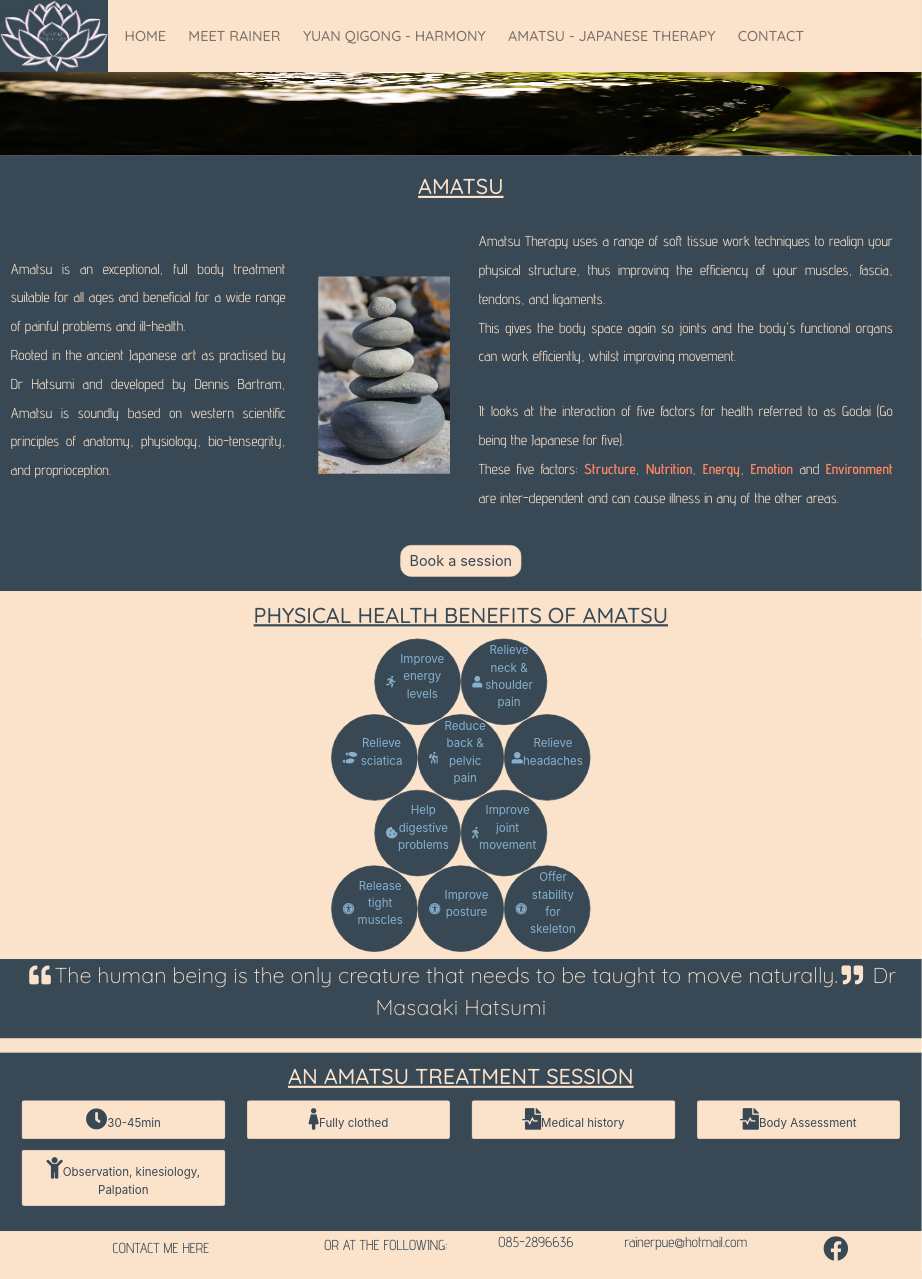
Repository: rainerpue/practitioner_website
Page: amatsu.html
The author's editor kept a record of every edit. The page is drawn from the files as they stood at one moment, then again after the next edit.
The browser window is 1280 px wide. The pictures show the whole page, at 72% of full size.
Some web libraries are served in a nearby version.

Above is the page before.

After the next edit:
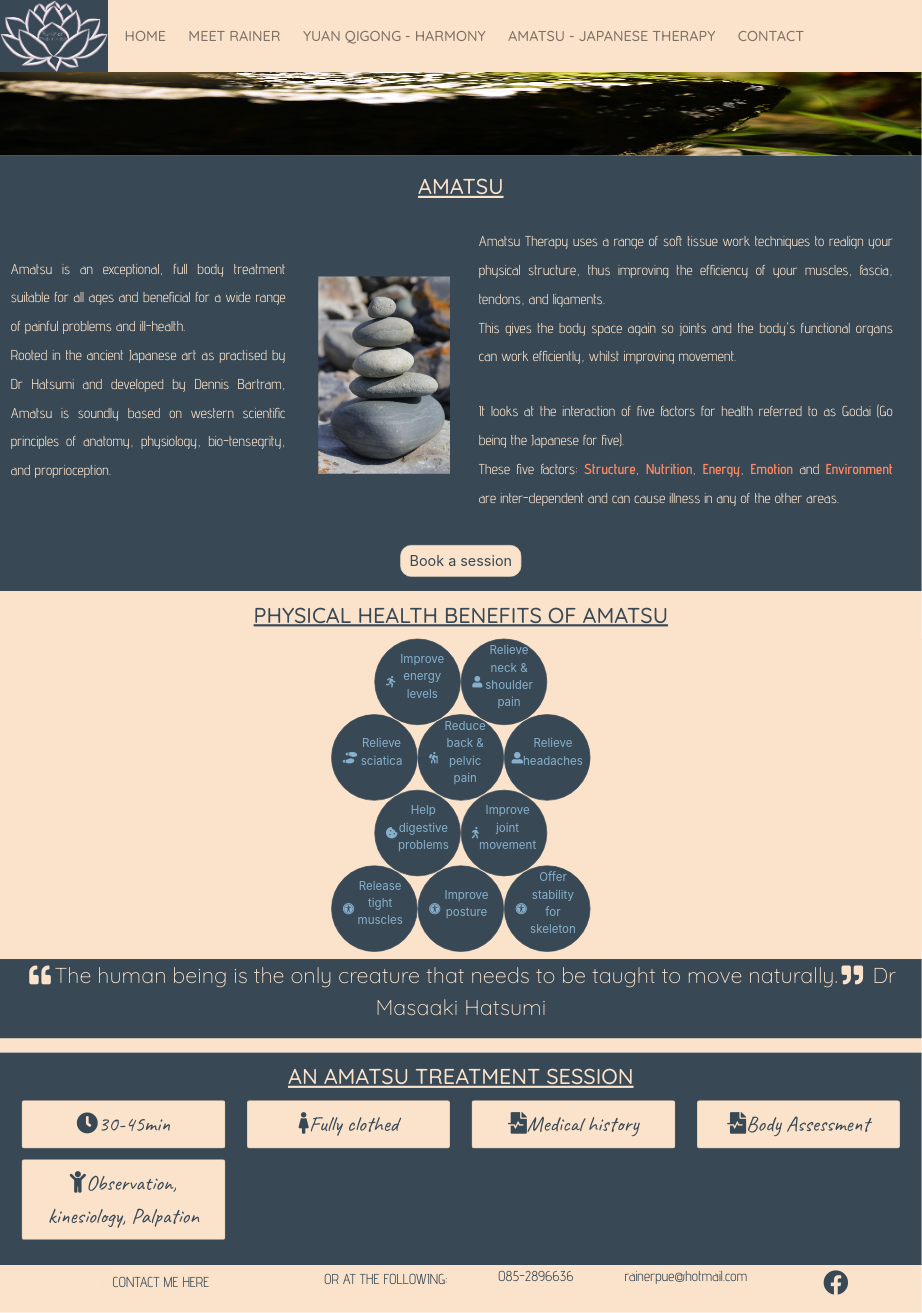
The edit:
--- a/assets/css/style.css
+++ b/assets/css/style.css
@@ -538,7 +538,7 @@
     font-size: 30px;
 }
 
-.card-body span {
+.card-item span {
     font-family: "Caveat", sans-serif;
     font-weight: 400;
     font-size: 30px;
